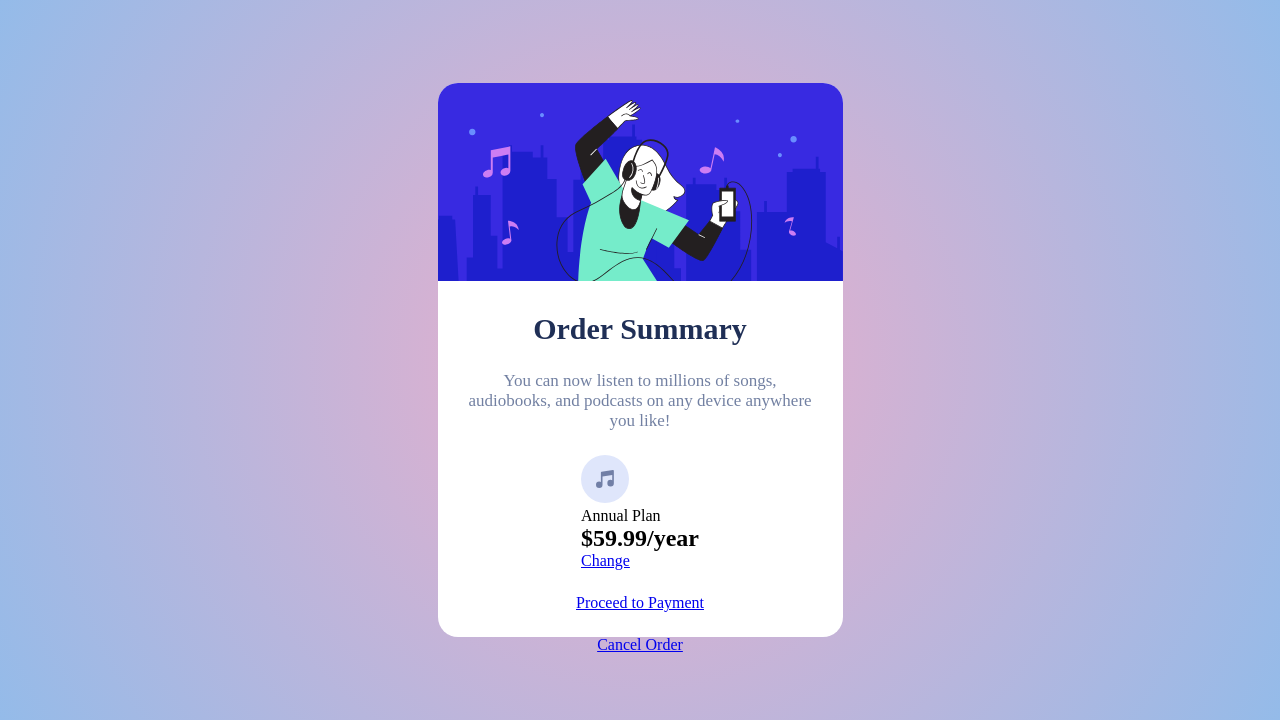
Repository: KamoliddinGIT/order-summary-card
Page: index.html
The author's editor kept a copy of each file at every save. The page is drawn from the files as they stood at one save, then again after the next save.
The browser window is 1280 px wide. The pictures show the whole page.

Above is the page before, as saved 2023-09-13 10:51:49.

After the next save:
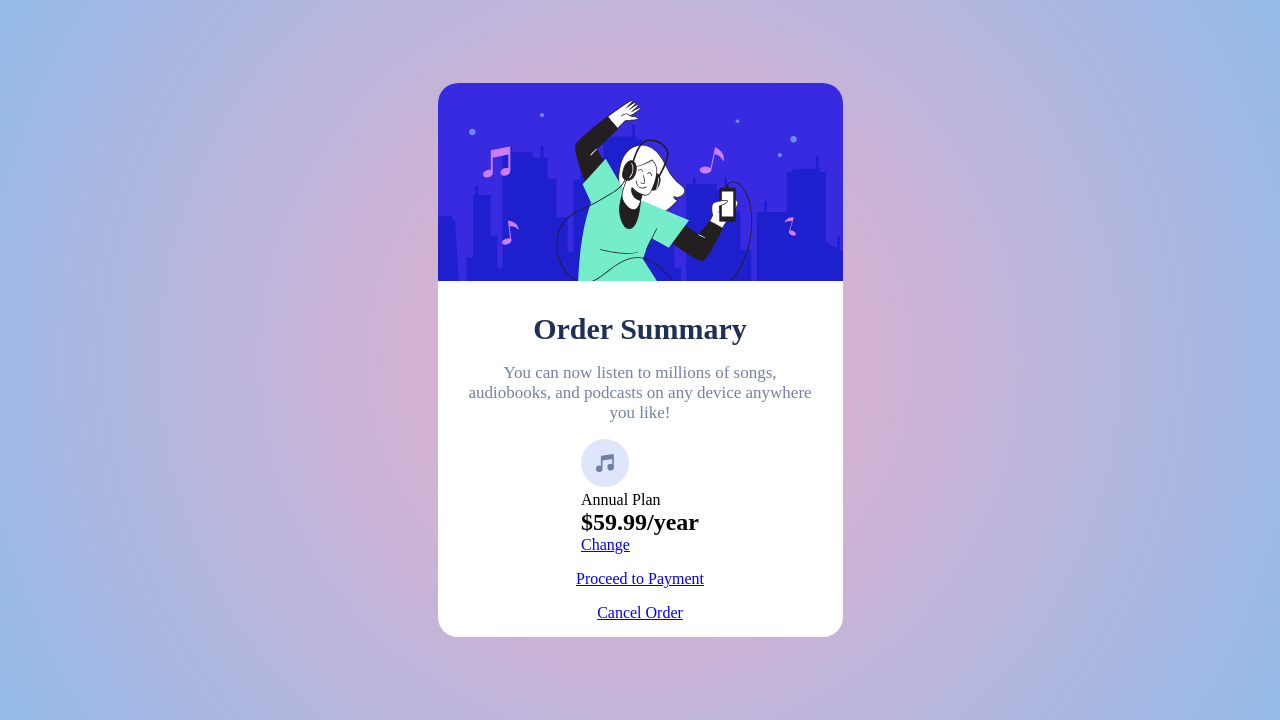
Saved 6 s later.
--- a/css/style.css
+++ b/css/style.css
@@ -36,7 +36,7 @@
 .items {
   width: 100%;
   display: flex;
-  gap: 1.5rem;
+  gap: 1rem;
   flex-direction: column;
   align-items: center;
   padding: 30px;
